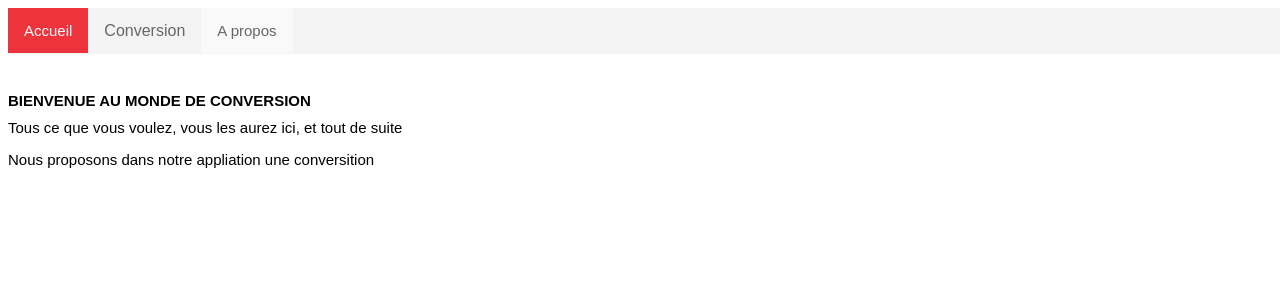
Repository: Santatrasoa/six
Page: Conversion/Conversion/src/main/webapp/index.html
The author's editor kept a copy of each file at every save. The page is drawn from the files as they stood at one save, then again after the next save.
The browser window is 1280 px wide. The pictures show the whole page.

Above is the page before, as saved 2024-04-10 10:11:26.

After the next save:
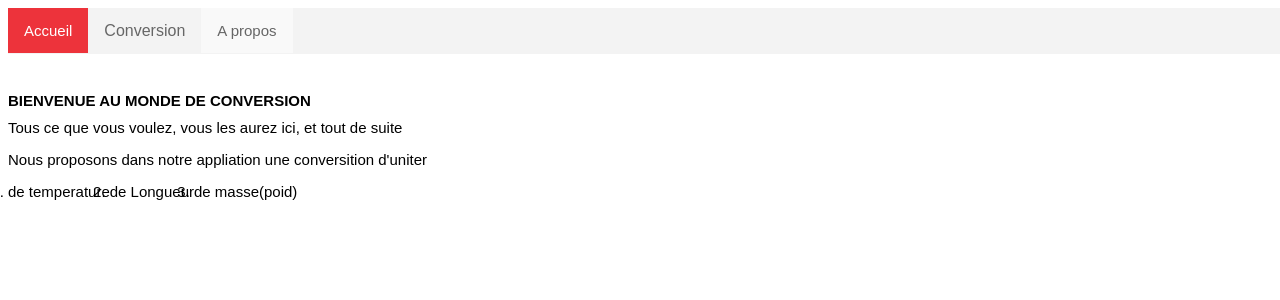
Saved 77 s later.
--- a/Conversion/Conversion/src/main/webapp/index.html
+++ b/Conversion/Conversion/src/main/webapp/index.html
@@ -33,7 +33,12 @@
 		</h1>
 		<span> Tous ce que vous voulez, vous les aurez ici, et tout de suite </span>
 		<p>
-			Nous proposons dans notre appliation une conversition
+			Nous proposons dans notre appliation une conversition d'uniter
+				<ol>
+					<li>de temperature</li>
+					<li>de Longueur</li>
+					<li>de masse(poid)</li>
+				</ol>
 		</p>
 	</div>
 </body>
